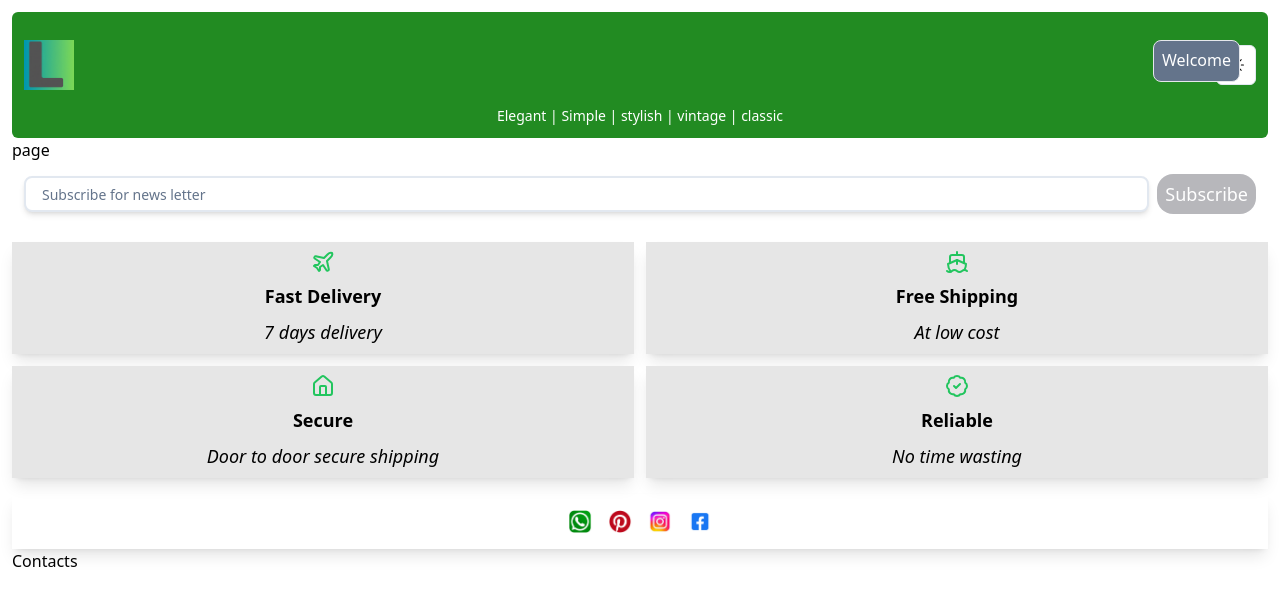
Repository: Semanmernstack/bisi-abejide
Page: /bb
These files come from the project's save history. The page is drawn as it stood at one moment and after the next save; the edit follows.
The browser window is 1280 px wide. The pictures show the whole page.
The project was rebuilt for these pictures with package versions that can differ from the ones it lists, and the page was loaded fresh each time. The framework's server and built-in components were replaced by stand-ins that run in the browser. Also part of the build but not shown: next.config.mjs.

Above is the page before, as saved 2024-04-19 01:06:10.

### app/layout.tsx
import type { Metadata } from "next";
import { Inter } from "next/font/google";
import "./globals.css";
import { ThemeProvider } from "@/components/theme-provider";
import Nav from "@/components/Nav";
import Footer from "@/components/Footer";

const inter = Inter({ subsets: ["latin"] });

export const metadata: Metadata = {
  title: "Welcome to Lolaflo store",
  description: "Hppy Shopping",
};

export default function RootLayout({
  children,
}: Readonly<{
  children: React.ReactNode;
}>) {
  return (
    <html lang="en">
      <body className=" flex flex-col p-3  min-h-screen   dark:bg-gray-800 dark:text-white">
      <ThemeProvider
            attribute="class"
            defaultTheme="system"
            enableSystem
            disableTransitionOnChange
          >
            <Nav/>
        {children}
        <Footer/>
      </ThemeProvider>
        </body>
    </html>
  );
}

### components/Nav.tsx
"use client"

import Image from "next/image"
import Cat from "./Cat"
import Toggle from "./Toggle"
import { motion } from "framer-motion"
import anky from '../public/anky.gif'
import Link from "next/link"

function Nav() {
    return (
      <div    className='p-3 top-0 z-50 sticky w-full bg-[#228B22] rounded-md  '>

          <div    className='flex py-4 gap-2 items-center justify-between '>
              <motion.div
                     initial={{
                        x: -500,
                         opacity: 0,
                        scale:0.5,
                    }}
                    animate={{
                        x:0,
                        opacity: 1,
                        scale: 1,
                    }}
                    transition={{
                        duration: 1,
                    }}
                    className='flex flex-col  justify-start   font-serif items-center  text-white'>
                    <Link href={'/'} className="flex flex-col ">


                      <Image className="flex justify-start" src={anky} alt="" width={50} height={40}/>

                    </Link>






              </motion.div>
              <motion.div
                  initial={{
                    x: 500,
                    opacity: 0,
                    scale:0.5,
                }}
                animate={{
                    x:0,
                    opacity: 1,
                    scale: 1,
                }}
                transition={{
                    duration: 1,
                }}
                className='flex items-center  space-x-2'>
                  <Cat/>
                  <Toggle/>
              </motion.div>
          </div>

          <div  className="flex  text-center justify-center text-white text-xs ">
                <h1 className="text-sm font-medium">Elegant | Simple | stylish | vintage | classic</h1>
            </div>

      </div>
    )
  }

  export default Nav

### components/Footer.tsx
"use client"
import React, { useState } from 'react'
import Mailing from './Mailing'
import Delivery from './Delivery'
import Ai from './Ai'
import NewsLet from './NewsLet'
import SubAi from './SubAi'
import Contacts from './Contacts'
import Icon from './Icon'

function Footer() {

  return (
    <div >
        <div>
            <NewsLet/>
            <SubAi   />
            <Delivery />
            <Icon/>
            <Contacts/>
        </div>
    </div>
  )
}

export default Footer

try {

} catch (error) {

}

### components/Cat.tsx
"use client"
import React from 'react'
import {
    DropdownMenu,
    DropdownMenuContent,
    DropdownMenuItem,
    DropdownMenuLabel,
    DropdownMenuSeparator,
    DropdownMenuTrigger,
  } from "@/components/ui/dropdown-menu"
import { MenuIcon } from 'lucide-react'
import { usePathname } from 'next/navigation'
import Link from 'next/link'
import Icon from './Icon'

interface P {
    name: string,
    href: string
}

const links: P[] = [
    {
        name: 'Home', href: "/"
    },
    {
        name: 'Ankara ', href: "/Ankara"

    },

    {
        name: 'Kaftan ', href: "/Kaftan"

    },
    {
        name: 'Turban ', href: "/Turban"

    },




]


function Cat() {
    const pathname = usePathname()
  return (

    <div>
        <DropdownMenu >
            <DropdownMenuTrigger className=" flex flex-col w-10 h-9  text-white text-xl  justify-center items-center text-center">
                <MenuIcon/>
            </DropdownMenuTrigger>
            <DropdownMenuContent className=''>
                <DropdownMenuLabel className=" flex font-bold font-serif sm:font-bold justify-center gap-1 p-1 border items-center"> CATEGORIES</DropdownMenuLabel>
                <DropdownMenuSeparator />

                <DropdownMenuItem className="flex items-center justify-center   flex-col p-3 gap-2    rounded-md">
                {links.map((l, index) => (
                <div key={index} className='flex   rounded-lg  text-zinc-500 md:w-1/2 text-center font-extrabold     p-2 transition ease-in-out delay-150 hover:-translate-y-1 hover:scale-95  duration-300 '>
                    {pathname === l.href ? (
                        <Link href={l.href} className='text-sm sm:text-lg text-red-800 font-semibold animate-pulse'>
                            {l.name}
                        </Link>

                    ):(
                        <Link href= {l.href }
                        className="flex   p-2 gap-1 italic sm:font-semibold hover:border rounded-lg border-teal-700  text-slate-800 dark:text-white text-sm sm:text-lg font-bold transition duration-100  "
                        >
                            {l.name}
                        </Link>

                    )}

                </div>
            ))}
            <Icon/>

                </DropdownMenuItem>


            </DropdownMenuContent>
        </DropdownMenu>

    </div>
  )
}

export default Cat

### components/Toggle.tsx
"use client"
import React from 'react'
import { MoonIcon, SunIcon } from "@radix-ui/react-icons"
import { useTheme } from "next-themes"
import { Button } from "@/components/ui/button"
import {
    DropdownMenu,
    DropdownMenuContent,
    DropdownMenuItem,
    DropdownMenuTrigger,
  } from "@/components/ui/dropdown-menu"

function Toggle() {
    const { setTheme } = useTheme()
  return (
    <div>
        <DropdownMenu>
      <DropdownMenuTrigger asChild>
        <Button variant="outline" size="icon">
          <SunIcon className=" h-4 w-4 rotate-0 scale-100 transition-all dark:-rotate-90 dark:scale-0" />
          <MoonIcon className="absolute h-4 w-4 rotate-90 scale-0 transition-all dark:rotate-0 dark:scale-100" />
          <span className="sr-only">Toggle theme</span>
        </Button>
      </DropdownMenuTrigger>
      <DropdownMenuContent align="end">
        <DropdownMenuItem onClick={() => setTheme("light")}>
          Light
        </DropdownMenuItem>
        <DropdownMenuItem onClick={() => setTheme("dark")}>
          Dark
        </DropdownMenuItem>
        <DropdownMenuItem onClick={() => setTheme("system")}>
          System
        </DropdownMenuItem>
      </DropdownMenuContent>
    </DropdownMenu>

    </div>
  )
}

export default Toggle

### components/Delivery.tsx

import {  BadgeCheckIcon, PlaneIcon, HomeIcon, ShipIcon } from 'lucide-react'
import React from 'react'

const details = [
    {
        name: 'Fast Delivery',
        icon: <PlaneIcon/>,
        desc: '7 days delivery',
    },
    {
        name: 'Free Shipping',
        icon: <ShipIcon/>,
        desc: 'At low cost',
    },
    {
        name: 'Secure',
        icon: <HomeIcon/>,
        desc: 'Door to door secure shipping',
    },
    {
        name: 'Reliable',
        icon: <BadgeCheckIcon/>,
        desc: 'No time wasting',
    },
]

function Delivery() {
  return (
    <div className='  dark:bg-gray-800   py-4 grid grid-cols-1 sm:grid-cols-2 gap-3'>
        {details?.map((b, i) => (
            <div className='flex flex-col border-1  text-center justify-center items-center  bg-[#e6e6e6] p-2 gap-2 shadow-lg ' key={i}>
                <h2 className='text-green-500 '>{b.icon}</h2>
                <h4 className='text-xs sm:text-sm md:text-lg dark:text-white font-bold'>{b.name}</h4>
                <h5 className='text-xs sm:text-sm  dark:text-white md:text-lg italic'>{b.desc}</h5>


            </div>

        ))}


    </div>

  )
}

export default Delivery

### components/NewsLet.tsx
import React from 'react'
import Mail from './Mail'

function NewsLet() {
  return (
    <div>
        <Mail/>
    </div>
  )
}

export default NewsLet

### components/SubAi.tsx
"use client"

import React, { useState } from 'react'
import Ai from './Ai';
import { motion } from "framer-motion"

function SubAi() {
  const [chatBoxOpen, setChatBoxOpen] = useState(false);
  return (
    <motion.div
    initial={{
      x: 500,
      opacity: 0,
      scale:0.5,
  }}
  animate={{
      x:0,
      opacity: 1,
      scale: 1,
  }}
  transition={{
      duration: 1,
  }}
       className='flex top-10 right-10 z-50 fixed  bg-slate-500 rounded-lg text-white  max-w-2xl border p-2 '  >



      <Ai />
    </motion.div>
  )
}

export default SubAi

### components/Icon.tsx
"use client"
import React from 'react'

import whatsapp from '../public/whatsapp.png'
import instagram from '../public/intagram.jpg'
import facebook from '../public/facebook.png'
import pinterest from '../public/pinterest.png'
import Image from 'next/image'
import Link from 'next/link'

function Icon() {
  return (
    <div


        className='flex p-4 gap-4 shadow-lg items-center text-center justify-center   text-sm      '>

        <Link className='contain  transition ease-in-out delay-150  hover:translate-y-1 hover:scale-95  duration-300      ' href={''}>
            <Image src={whatsapp} alt="whatsapp" width={24} height={24} />
        </Link>
        <Link className='contain  transition ease-in-out delay-150  hover:translate-y-1 hover:scale-95  duration-300    ' href={''}>
            <Image src={pinterest} alt="whatsapp" width={24} height={24} />
        </Link>
        <Link className='contain transition ease-in-out delay-150  hover:translate-y-1 hover:scale-95  duration-300   ' href={''}>

            <Image src={instagram} alt="whatsapp" width={24} height={24} />
        </Link>
        <Link className='contain transition ease-in-out delay-150  hover:translate-y-1 hover:scale-95  duration-300     ' href={''}>
            <Image src={facebook} alt="whatsapp" width={24} height={24} />
        </Link>


    </div>
  )
}

export default Icon

### components/ui/dropdown-menu.tsx
"use client"

import * as React from "react"
import * as DropdownMenuPrimitive from "@radix-ui/react-dropdown-menu"
import { Check, ChevronRight, Circle } from "lucide-react"

import { cn } from "@/lib/utils"

const DropdownMenu = DropdownMenuPrimitive.Root

const DropdownMenuTrigger = DropdownMenuPrimitive.Trigger

const DropdownMenuGroup = DropdownMenuPrimitive.Group

const DropdownMenuPortal = DropdownMenuPrimitive.Portal

const DropdownMenuSub = DropdownMenuPrimitive.Sub

const DropdownMenuRadioGroup = DropdownMenuPrimitive.RadioGroup

const DropdownMenuSubTrigger = React.forwardRef<
  React.ElementRef<typeof DropdownMenuPrimitive.SubTrigger>,
  React.ComponentPropsWithoutRef<typeof DropdownMenuPrimitive.SubTrigger> & {
    inset?: boolean
  }
>(({ className, inset, children, ...props }, ref) => (
  <DropdownMenuPrimitive.SubTrigger
    ref={ref}
    className={cn(
      "flex cursor-default select-none items-center rounded-sm px-2 py-1.5 text-sm outline-none focus:bg-slate-100 data-[state=open]:bg-slate-100 dark:focus:bg-slate-800 dark:data-[state=open]:bg-slate-800",
      inset && "pl-8",
      className
    )}
    {...props}
  >
    {children}
    <ChevronRight className="ml-auto h-4 w-4" />
  </DropdownMenuPrimitive.SubTrigger>
))
DropdownMenuSubTrigger.displayName =
  DropdownMenuPrimitive.SubTrigger.displayName

const DropdownMenuSubContent = React.forwardRef<
  React.ElementRef<typeof DropdownMenuPrimitive.SubContent>,
  React.ComponentPropsWithoutRef<typeof DropdownMenuPrimitive.SubContent>
>(({ className, ...props }, ref) => (
  <DropdownMenuPrimitive.SubContent
    ref={ref}
    className={cn(
      "z-50 min-w-[8rem] overflow-hidden rounded-md border border-slate-200 bg-white p-1 text-slate-950 shadow-lg data-[state=open]:animate-in data-[state=closed]:animate-out data-[state=closed]:fade-out-0 data-[state=open]:fade-in-0 data-[state=closed]:zoom-out-95 data-[state=open]:zoom-in-95 data-[side=bottom]:slide-in-from-top-2 data-[side=left]:slide-in-from-right-2 data-[side=right]:slide-in-from-left-2 data-[side=top]:slide-in-from-bottom-2 dark:border-slate-800 dark:bg-slate-950 dark:text-slate-50",
      className
    )}
    {...props}
  />
))
DropdownMenuSubContent.displayName =
  DropdownMenuPrimitive.SubContent.displayName

const DropdownMenuContent = React.forwardRef<
  React.ElementRef<typeof DropdownMenuPrimitive.Content>,
  React.ComponentPropsWithoutRef<typeof DropdownMenuPrimitive.Content>
>(({ className, sideOffset = 4, ...props }, ref) => (
  <DropdownMenuPrimitive.Portal>
    <DropdownMenuPrimitive.Content
      ref={ref}
      sideOffset={sideOffset}
      className={cn(
        "z-50 min-w-[8rem] overflow-hidden rounded-md border border-slate-200 bg-white p-1 text-slate-950 shadow-md data-[state=open]:animate-in data-[state=closed]:animate-out data-[state=closed]:fade-out-0 data-[state=open]:fade-in-0 data-[state=closed]:zoom-out-95 data-[state=open]:zoom-in-95 data-[side=bottom]:slide-in-from-top-2 data-[side=left]:slide-in-from-right-2 data-[side=right]:slide-in-from-left-2 data-[side=top]:slide-in-from-bottom-2 dark:border-slate-800 dark:bg-slate-950 dark:text-slate-50",
        className
      )}
      {...props}
    />
  </DropdownMenuPrimitive.Portal>
))
DropdownMenuContent.displayName = DropdownMenuPrimitive.Content.displayName

const DropdownMenuItem = React.forwardRef<
  React.ElementRef<typeof DropdownMenuPrimitive.Item>,
  React.ComponentPropsWithoutRef<typeof DropdownMenuPrimitive.Item> & {
    inset?: boolean
  }
>(({ className, inset, ...props }, ref) => (
  <DropdownMenuPrimitive.Item
    ref={ref}
    className={cn(
      "relative flex cursor-default select-none items-center rounded-sm px-2 py-1.5 text-sm outline-none transition-colors focus:bg-slate-100 focus:text-slate-900 data-[disabled]:pointer-events-none data-[disabled]:opacity-50 dark:focus:bg-slate-800 dark:focus:text-slate-50",
      inset && "pl-8",
      className
    )}
    {...props}
  />
))
DropdownMenuItem.displayName = DropdownMenuPrimitive.Item.displayName

const DropdownMenuCheckboxItem = React.forwardRef<
  React.ElementRef<typeof DropdownMenuPrimitive.CheckboxItem>,
  React.ComponentPropsWithoutRef<typeof DropdownMenuPrimitive.CheckboxItem>
>(({ className, children, checked, ...props }, ref) => (
  <DropdownMenuPrimitive.CheckboxItem
    ref={ref}
    className={cn(
      "relative flex cursor-default select-none items-center rounded-sm py-1.5 pl-8 pr-2 text-sm outline-none transition-colors focus:bg-slate-100 focus:text-slate-900 data-[disabled]:pointer-events-none data-[disabled]:opacity-50 dark:focus:bg-slate-800 dark:focus:text-slate-50",
      className
    )}
    checked={checked}
    {...props}
  >
    <span className="absolute left-2 flex h-3.5 w-3.5 items-center justify-center">
      <DropdownMenuPrimitive.ItemIndicator>
        <Check className="h-4 w-4" />
      </DropdownMenuPrimitive.ItemIndicator>
    </span>
    {children}
  </DropdownMenuPrimitive.CheckboxItem>
))
DropdownMenuCheckboxItem.displayName =
  DropdownMenuPrimitive.CheckboxItem.displayName

const DropdownMenuRadioItem = React.forwardRef<
  React.ElementRef<typeof DropdownMenuPrimitive.RadioItem>,
  React.ComponentPropsWithoutRef<typeof DropdownMenuPrimitive.RadioItem>
>(({ className, children, ...props }, ref) => (
  <DropdownMenuPrimitive.RadioItem
    ref={ref}
    className={cn(
      "relative flex cursor-default select-none items-center rounded-sm py-1.5 pl-8 pr-2 text-sm outline-none transition-colors focus:bg-slate-100 focus:text-slate-900 data-[disabled]:pointer-events-none data-[disabled]:opacity-50 dark:focus:bg-slate-800 dark:focus:text-slate-50",
      className
    )}
    {...props}
  >
    <span className="absolute left-2 flex h-3.5 w-3.5 items-center justify-center">
      <DropdownMenuPrimitive.ItemIndicator>
        <Circle className="h-2 w-2 fill-current" />
      </DropdownMenuPrimitive.ItemIndicator>
    </span>
    {children}
  </DropdownMenuPrimitive.RadioItem>
))
DropdownMenuRadioItem.displayName = DropdownMenuPrimitive.RadioItem.displayName

const DropdownMenuLabel = React.forwardRef<
  React.ElementRef<typeof DropdownMenuPrimitive.Label>,
  React.ComponentPropsWithoutRef<typeof DropdownMenuPrimitive.Label> & {
    inset?: boolean
  }
>(({ className, inset, ...props }, ref) => (
  <DropdownMenuPrimitive.Label
    ref={ref}
    className={cn(
      "px-2 py-1.5 text-sm font-semibold",
      inset && "pl-8",
      className
    )}
    {...props}
  />
))
DropdownMenuLabel.displayName = DropdownMenuPrimitive.Label.displayName

const DropdownMenuSeparator = React.forwardRef<
  React.ElementRef<typeof DropdownMenuPrimitive.Separator>,
  React.ComponentPropsWithoutRef<typeof DropdownMenuPrimitive.Separator>
>(({ className, ...props }, ref) => (
  <DropdownMenuPrimitive.Separator
    ref={ref}
    className={cn("-mx-1 my-1 h-px bg-slate-100 dark:bg-slate-800", className)}
    {...props}
  />
))
DropdownMenuSeparator.displayName = DropdownMenuPrimitive.Separator.displayName

const DropdownMenuShortcut = ({
  className,
  ...props
}: React.HTMLAttributes<HTMLSpanElement>) => {
  return (
    <span
      className={cn("ml-auto text-xs tracking-widest opacity-60", className)}
      {...props}
    />
  )
}
DropdownMenuShortcut.displayName = "DropdownMenuShortcut"

export {
  DropdownMenu,
  DropdownMenuTrigger,
  DropdownMenuContent,
  DropdownMenuItem,
  DropdownMenuCheckboxItem,
  DropdownMenuRadioItem,
  DropdownMenuLabel,
  DropdownMenuSeparator,
  DropdownMenuShortcut,
  DropdownMenuGroup,
  DropdownMenuPortal,
  DropdownMenuSub,
  DropdownMenuSubContent,
  DropdownMenuSubTrigger,
  DropdownMenuRadioGroup,
}

### components/ui/button.tsx
import * as React from "react"
import { Slot } from "@radix-ui/react-slot"
import { cva, type VariantProps } from "class-variance-authority"

import { cn } from "@/lib/utils"

const buttonVariants = cva(
  "inline-flex items-center justify-center whitespace-nowrap rounded-md text-sm font-medium ring-offset-white transition-colors focus-visible:outline-none focus-visible:ring-2 focus-visible:ring-slate-950 focus-visible:ring-offset-2 disabled:pointer-events-none disabled:opacity-50 dark:ring-offset-slate-950 dark:focus-visible:ring-slate-300",
  {
    variants: {
      variant: {
        default: "bg-slate-900 text-slate-50 hover:bg-slate-900/90 dark:bg-slate-50 dark:text-slate-900 dark:hover:bg-slate-50/90",
        destructive:
          "bg-red-500 text-slate-50 hover:bg-red-500/90 dark:bg-red-900 dark:text-slate-50 dark:hover:bg-red-900/90",
        outline:
          "border border-slate-200 bg-white hover:bg-slate-100 hover:text-slate-900 dark:border-slate-800 dark:bg-slate-950 dark:hover:bg-slate-800 dark:hover:text-slate-50",
        secondary:
          "bg-slate-100 text-slate-900 hover:bg-slate-100/80 dark:bg-slate-800 dark:text-slate-50 dark:hover:bg-slate-800/80",
        ghost: "hover:bg-slate-100 hover:text-slate-900 dark:hover:bg-slate-800 dark:hover:text-slate-50",
        link: "text-slate-900 underline-offset-4 hover:underline dark:text-slate-50",
      },
      size: {
        default: "h-10 px-4 py-2",
        sm: "h-9 rounded-md px-3",
        lg: "h-11 rounded-md px-8",
        icon: "h-10 w-10",
      },
    },
    defaultVariants: {
      variant: "default",
      size: "default",
    },
  }
)

export interface ButtonProps
  extends React.ButtonHTMLAttributes<HTMLButtonElement>,
    VariantProps<typeof buttonVariants> {
  asChild?: boolean
}

const Button = React.forwardRef<HTMLButtonElement, ButtonProps>(
  ({ className, variant, size, asChild = false, ...props }, ref) => {
    const Comp = asChild ? Slot : "button"
    return (
      <Comp
        className={cn(buttonVariants({ variant, size, className }))}
        ref={ref}
        {...props}
      />
    )
  }
)
Button.displayName = "Button"

export { Button, buttonVariants }

### components/Mail.tsx
"use client"
import React, { FormEvent, useState } from 'react'
import { Input } from './ui/input'
import { Button } from './ui/button'

function Mail() {
    const [input, setInput] = useState<string>("")
    const [mailError, setMailError] = useState<string> ("")
    const [mailOk, setMailOk] = useState<string>("")

    const handleSubmit = async (e: FormEvent<HTMLFormElement>) => {
        e.preventDefault()
        const email = input;


        const res = await fetch("/api/mailSub", {
            method: 'POST',
            headers: {
                "Content-Type": "application/json",
            },

            body: JSON.stringify({email}),

        })

        const data = await res.json()
        if (data.error) {
            setMailError('Hey you already subscribe to trizzas cake')

            return
        }
        setMailOk(data.res)
        setInput("")


    }


  return (
    <div className='flex flex-col items-center w-full  '>
        <form className="flex  flex-col p-3 w-full " onSubmit={handleSubmit}>
            <div className='gap-2 flex  flex-col md:flex-row items-center'>
                <Input type="email"
                    placeholder='Subscribe for news letter'
                    value={input}

                    onChange={(e) => setInput(e.target.value)}
                    required
                    className="outline-none flex-1 w-full text-white shadow-md  border-2 h-12 md:h-8   p-4 rounded-lg   from-fuchsia-400 "

                 />
                 <Button className="text-sm   text-center justify-center flex cursor-pointer  text-white bg-zinc-500 p-2  sm:text-lg transition ease-in-out delay-150 hover:-translate-y-1 hover:scale-95  duration-300  rounded-xl md:rounded-2xl " type='submit' disabled={!input}    >
                    Subscribe
                 </Button>
            </div>

        </form>
        {(mailOk || mailError ) && (
            <div className="mt-5 text-sm text-center justify-center font-extrabold">
             {mailOk ?(<p className="  bg-red-900 px-2 py-2 mb-2 text-white"> Subscription Sucessful !! </p>):(<p className="bg-green-500 p-1">You already Subscribed</p>)}
            </div>
        )}

    </div>
  )
}

export default Mail

### components/Ai.tsx
import {  Bot, MessageCircleIcon, SendHorizontal, XCircle } from 'lucide-react'
import React, { useState } from 'react'


import Popup from 'reactjs-popup';
import 'reactjs-popup/dist/index.css';


function Ai() {





  return (


  <div className=' animate-bounce' >

  <Popup trigger={<button> Welcome</button>} position="left center">
    <div>Welcome to Lolaflo !!</div>
  </Popup>

  </div>

  )
}

export default Ai

### components/ui/input.tsx
import * as React from "react"

import { cn } from "@/lib/utils"

export interface InputProps
  extends React.InputHTMLAttributes<HTMLInputElement> {}

const Input = React.forwardRef<HTMLInputElement, InputProps>(
  ({ className, type, ...props }, ref) => {
    return (
      <input
        type={type}
        className={cn(
          "flex h-10 w-full rounded-md border border-slate-200 bg-white px-3 py-2 text-sm ring-offset-white file:border-0 file:bg-transparent file:text-sm file:font-medium placeholder:text-slate-500 focus-visible:outline-none focus-visible:ring-2 focus-visible:ring-slate-950 focus-visible:ring-offset-2 disabled:cursor-not-allowed disabled:opacity-50 dark:border-slate-800 dark:bg-slate-950 dark:ring-offset-slate-950 dark:placeholder:text-slate-400 dark:focus-visible:ring-slate-300",
          className
        )}
        ref={ref}
        {...props}
      />
    )
  }
)
Input.displayName = "Input"

export { Input }

Loaded but not shown: app/bb/page.tsx (common file); app/globals.css (common file); components/theme-provider.tsx (common file); components/Contacts.tsx (common file); lib/utils.ts (common file); tailwind.config.ts (common file)

After the next save:
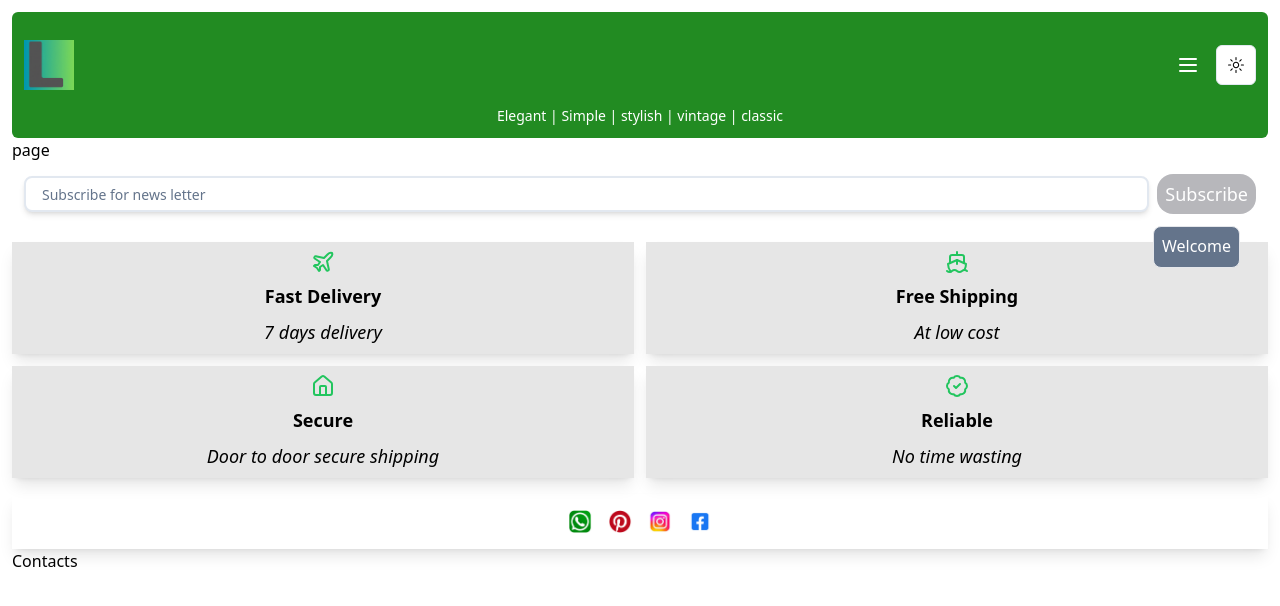
Saved 17 s later.
--- a/components/SubAi.tsx
+++ b/components/SubAi.tsx
@@ -21,7 +21,7 @@ function SubAi() {
   transition={{
       duration: 1,
   }}
-       className='flex top-10 right-10 z-50 fixed  bg-slate-500 rounded-lg text-white  max-w-2xl border p-2 '  >
+       className='flex top-50 right-10 z-50 fixed  bg-slate-500 rounded-lg text-white  max-w-2xl border p-2 '  >
 
 
 
